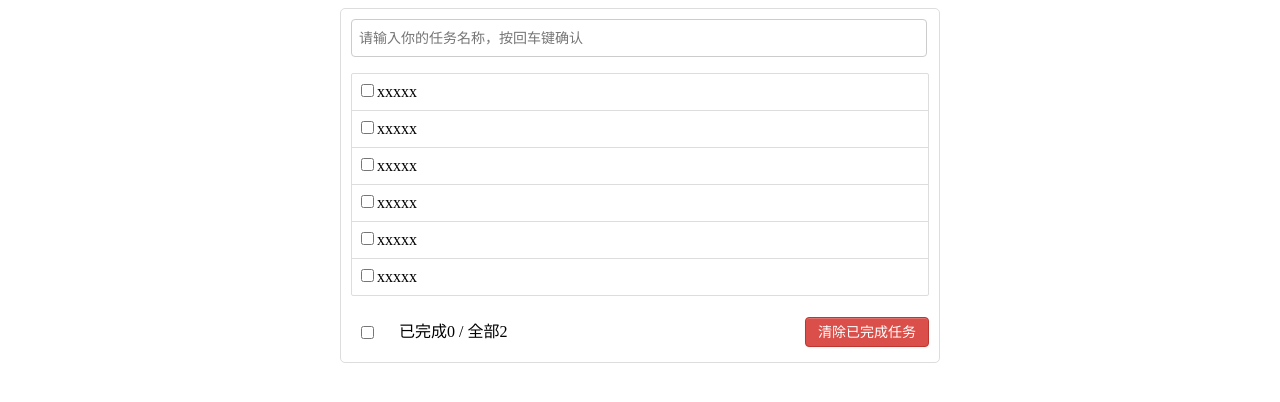
Repository: 1830734817/LabEx1_ReactSimpleWeb
Page: /
The author's editor kept a copy of each file at every save. The page is drawn from the files as they stood at one save, then again after the next save.
The browser window is 1280 px wide. The pictures show the whole page.
The project was rebuilt for these pictures with package versions that can differ from the ones it lists, and the page was loaded fresh each time.

Above is the page before, as saved 2022-03-15 20:47:12.

### public/index.html
<!DOCTYPE html>
<html lang="en">
<head>
    <meta charset="UTF-8">
    <link rel="icon" href="%PUBLIC_URL%/favicon.ico" />
    <title>react脚手架</title>
</head>
<body>
    <div id="root">

    </div>
</body>
</html>

### src/index.js
//引入react核心库
import React from 'react'
//引入reactDOM
import ReactDOM from 'react-dom'
//引入App组件
import App from './App'

//渲染App组件到页面
ReactDOM.render(<App/>,document.getElementById('root'));

### src/App.js
import React, { Component } from 'react'
import Header from './components/Header'
import List from './components/List'
import Footer from './components/Footer'
import './App.css'

export default class App extends Component {
  render() {
    return (
        <div className="todo-container">
        <div className="todo-wrap">
          <Header/>
          <List/>
          <Footer/>
        </div>
      </div>
    )
  }
}

### src/components/Header/index.jsx
import React, { Component } from 'react'

export default class Header extends Component {
  render() {
    return (
    <div className="todo-header">
      <input type="text" placeholder="请输入你的任务名称，按回车键确认"/>
    </div>
    )
  }
}

### src/components/List/index.jsx
import React, { Component } from 'react'
import Item from '../Item/Item'

export default class List extends Component {
  render() {
    return (
      <ul className="todo-main">
        <Item/>
        <Item/>
        <Item/>
        <Item/>
        <Item/>
        <Item/>
      </ul>
    )
  }
}

### src/components/Footer/index.jsx
import React, { Component } from 'react'

export default class footer extends Component {
  render() {
    return (
    <div className="todo-footer">
      <label>
        <input type="checkbox"/>
      </label>
      <span>
        <span>已完成0</span> / 全部2
      </span>
      <button className="btn btn-danger">清除已完成任务</button>
    </div>
    )
  }
}

### src/App.css
/*base*/
body {
    background: #fff;
  }

  .btn {
    display: inline-block;
    padding: 4px 12px;
    margin-bottom: 0;
    font-size: 14px;
    line-height: 20px;
    text-align: center;
    vertical-align: middle;
    cursor: pointer;
    box-shadow: inset 0 1px 0 rgba(255, 255, 255, 0.2), 0 1px 2px rgba(0, 0, 0, 0.05);
    border-radius: 4px;
  }

  .btn-danger {
    color: #fff;
    background-color: #da4f49;
    border: 1px solid #bd362f;
  }

  .btn-danger:hover {
    color: #fff;
    background-color: #bd362f;
  }

  .btn:focus {
    outline: none;
  }

  .todo-container {
    width: 600px;
    margin: 0 auto;
  }
  .todo-container .todo-wrap {
    padding: 10px;
    border: 1px solid #ddd;
    border-radius: 5px;
  }

  /*header*/
  .todo-header input {
    width: 560px;
    height: 28px;
    font-size: 14px;
    border: 1px solid #ccc;
    border-radius: 4px;
    padding: 4px 7px;
  }

  .todo-header input:focus {
    outline: none;
    border-color: rgba(82, 168, 236, 0.8);
    box-shadow: inset 0 1px 1px rgba(0, 0, 0, 0.075), 0 0 8px rgba(82, 168, 236, 0.6);
  }

  /*main*/
  .todo-main {
    margin-left: 0px;
    border: 1px solid #ddd;
    border-radius: 2px;
    padding: 0px;
  }

  .todo-empty {
    height: 40px;
    line-height: 40px;
    border: 1px solid #ddd;
    border-radius: 2px;
    padding-left: 5px;
    margin-top: 10px;
  }
  /*item*/
  li {
    list-style: none;
    height: 36px;
    line-height: 36px;
    padding: 0 5px;
    border-bottom: 1px solid #ddd;
  }

  li label {
    float: left;
    cursor: pointer;
  }

  li label li input {
    vertical-align: middle;
    margin-right: 6px;
    position: relative;
    top: -1px;
  }

  li button {
    float: right;
    display: none;
    margin-top: 3px;
  }

  li:before {
    content: initial;
  }

  li:last-child {
    border-bottom: none;
  }

  /*footer*/
  .todo-footer {
    height: 40px;
    line-height: 40px;
    padding-left: 6px;
    margin-top: 5px;
  }

  .todo-footer label {
    display: inline-block;
    margin-right: 20px;
    cursor: pointer;
  }

  .todo-footer label input {
    position: relative;
    top: -1px;
    vertical-align: middle;
    margin-right: 5px;
  }

  .todo-footer button {
    float: right;
    margin-top: 5px;
  }

### src/components/Item/Item.jsx
import React, { Component } from 'react'

export default class Item extends Component {
  render() {
    return (
    <li>
        <label>
            <input type="checkbox"/>
            <span>xxxxx</span>
        </label>
        <button className="btn btn-danger" style={{display:'none'}}>删除</button>
    </li>
    )
  }
}

### src/components/Header/index.css
  /*header*/
  .todo-header input {
    width: 560px;
    height: 28px;
    font-size: 14px;
    border: 1px solid #ccc;
    border-radius: 4px;
    padding: 4px 7px;
  }

  .todo-header input:focus {
    outline: none;
    border-color: rgba(82, 168, 236, 0.8);
    box-shadow: inset 0 1px 1px rgba(0, 0, 0, 0.075), 0 0 8px rgba(82, 168, 236, 0.6);
  }

After the next save:
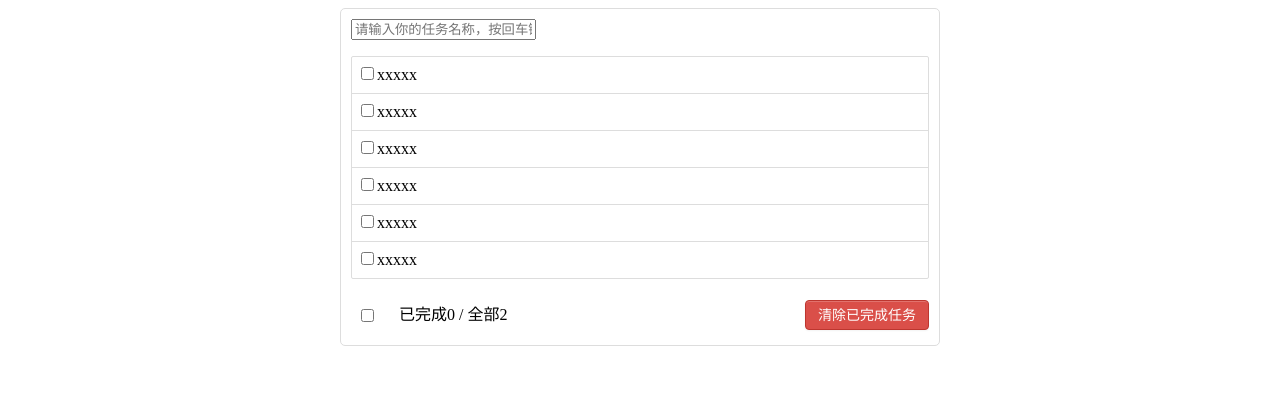
Saved 3 s later.
--- a/src/App.css
+++ b/src/App.css
@@ -41,21 +41,6 @@ body {
     border-radius: 5px;
   }
 
-  /*header*/
-  .todo-header input {
-    width: 560px;
-    height: 28px;
-    font-size: 14px;
-    border: 1px solid #ccc;
-    border-radius: 4px;
-    padding: 4px 7px;
-  }
-
-  .todo-header input:focus {
-    outline: none;
-    border-color: rgba(82, 168, 236, 0.8);
-    box-shadow: inset 0 1px 1px rgba(0, 0, 0, 0.075), 0 0 8px rgba(82, 168, 236, 0.6);
-  }
 
   /*main*/
   .todo-main {

After the save that followed:
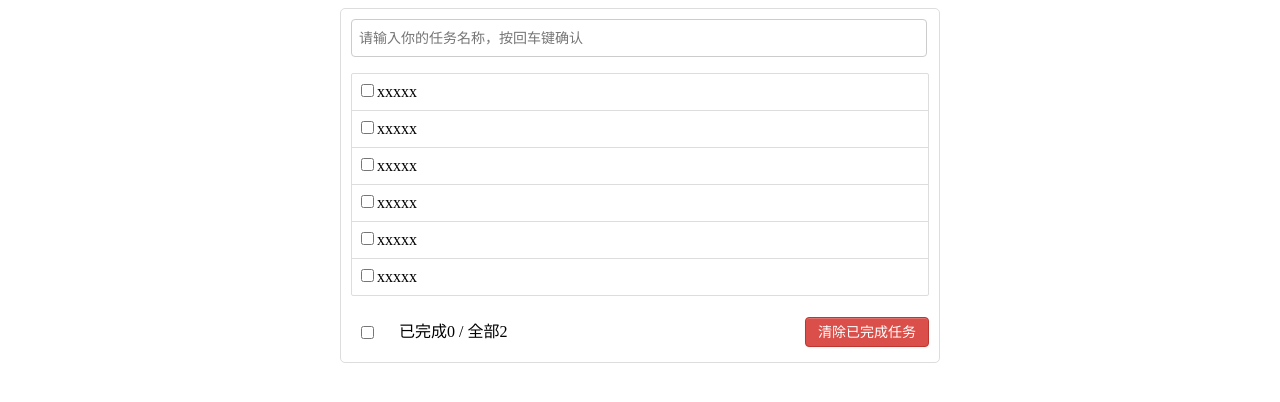
Saved 14 s later.
--- a/src/components/Header/index.jsx
+++ b/src/components/Header/index.jsx
@@ -1,4 +1,5 @@
 import React, { Component } from 'react'
+import './index.css'
 
 export default class Header extends Component {
   render() {
